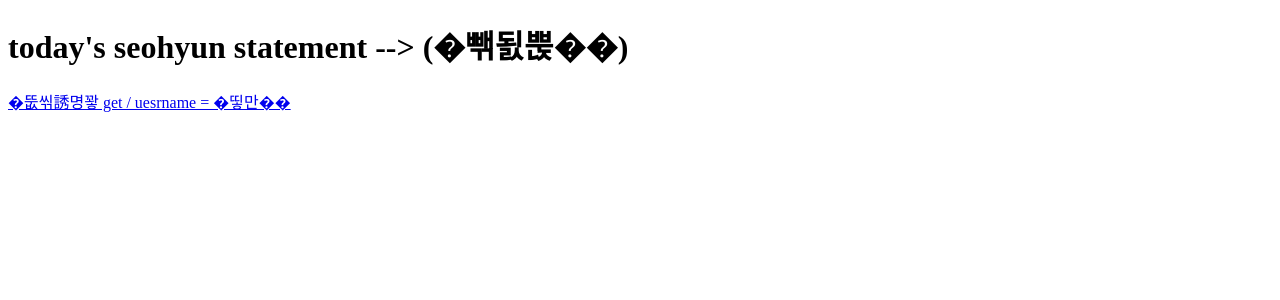
Repository: wo-ody/temptemp
Page: WebBasic/WebContent/ParameterTest.html
An editor plug-in stored every save of this project. The page is shown before and after the next save, followed by the edit.
The browser window is 1280 px wide. The pictures show the whole page.

Above is the page before, as saved 2023-09-14 06:34:15.

After the next save:
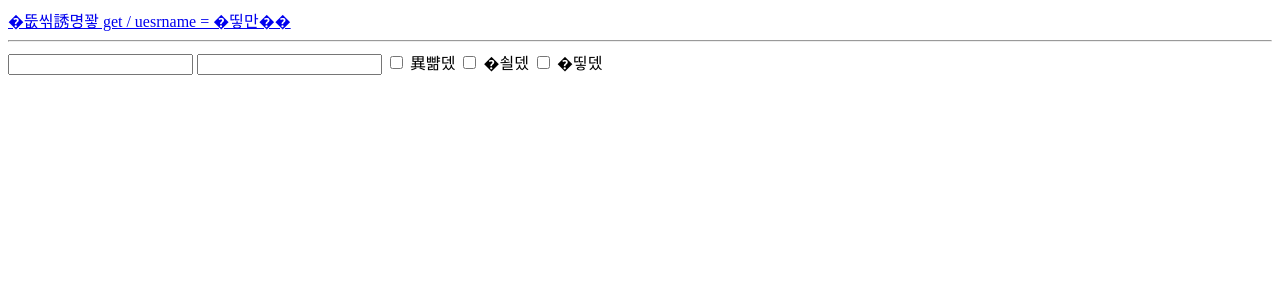
Saved 2 min 7 s later.
--- a/WebBasic/WebContent/ParameterTest.html
+++ b/WebBasic/WebContent/ParameterTest.html
@@ -5,7 +5,15 @@
 <title>Insert title here</title>
 </head>
 <body>
-	<h1>today's seohyun statement --> (◕ω◕✿)</h1>
+
 	<a href="/WebBasic/reqres?username=홍길동">파라미터 get / uesrname = 홍길동</a>
+	<hr>
+	<form>
+		<input type="text" name="username">
+		<input type="password" name="username">
+		<input type="checkbox" name="hobby" value="football"> 축구
+		<input type="checkbox" name="hobby" value="baseball"> 야구
+		<input type="checkbox" name="hobby" value="basketball"> 농구
+	</form>
 </body>
 </html>
